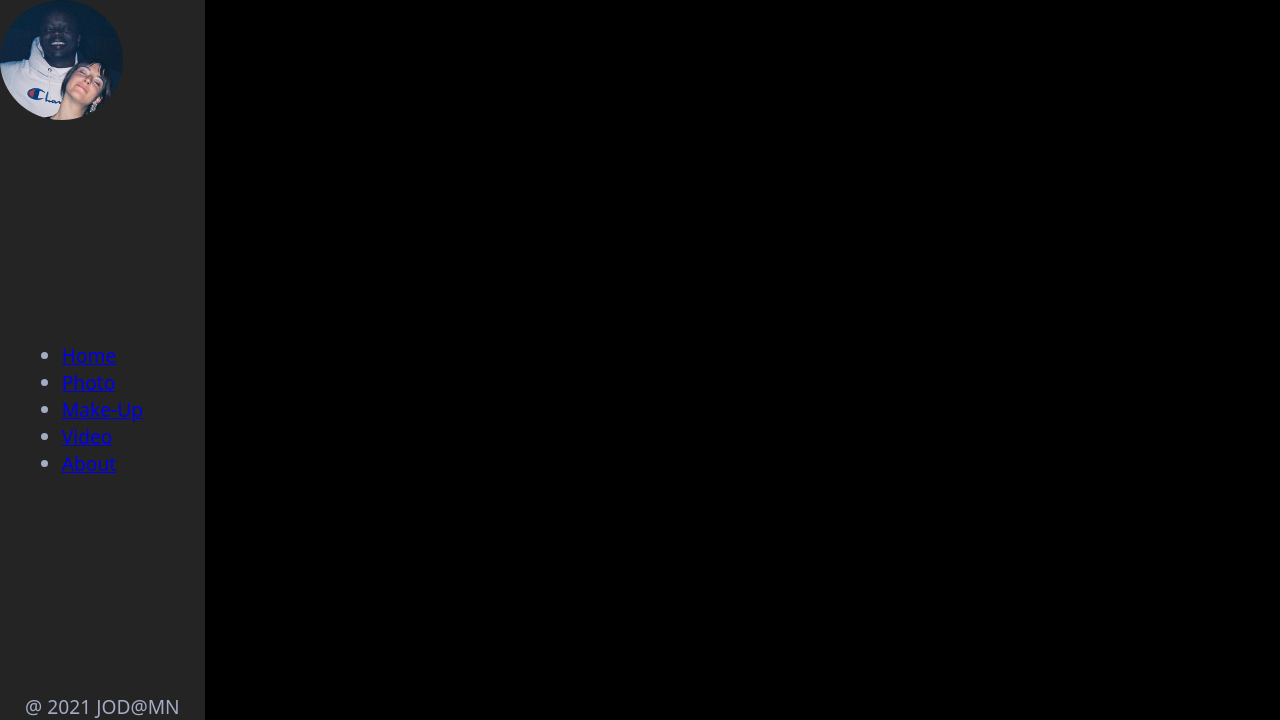
Repository: JordanKnuts/siriusRed
Page: /
An editor plug-in stored every save of this project. The page is shown before and after the next save, followed by the edit.
The browser window is 1280 px wide. The pictures show the whole page.
The project was rebuilt for these pictures with package versions that can differ from the ones it lists, and the page was loaded fresh each time.

Above is the page before, as saved 2021-04-27 14:42:51.

### public/index.html
<!DOCTYPE html>
<html lang="en">

<head>
  <meta charset="utf-8" />
  <link rel="icon" href="%PUBLIC_URL%/favicon.ico" />
  <meta name="viewport" content="width=device-width, initial-scale=1" />
  <meta name="theme-color" content="#000000" />
  <meta name="description" content="Web site created using create-react-app" />
  <link rel="apple-touch-icon" href="%PUBLIC_URL%/logo192.png" />
  <!--
      manifest.json provides metadata used when your web app is installed on a
      user's mobile device or desktop. See https://developers.google.com/web/fundamentals/web-app-manifest/
    -->
  <link rel="manifest" href="%PUBLIC_URL%/manifest.json" />

  <link rel="preconnect" href="https://fonts.gstatic.com">
  <link href="https://fonts.googleapis.com/css2?family=Noto+Sans:ital,wght@0,400;0,700;1,400;1,700&display=swap"
    rel="stylesheet">
  <!--
      Notice the use of %PUBLIC_URL% in the tags above.
      It will be replaced with the URL of the `public` folder during the build.
      Only files inside the `public` folder can be referenced from the HTML.

      Unlike "/favicon.ico" or "favicon.ico", "%PUBLIC_URL%/favicon.ico" will
      work correctly both with client-side routing and a non-root public URL.
      Learn how to configure a no n-root public URL by running `npm run build`.
    -->
  <title>React App</title>
</head>

<body>
  <noscript>You need to enable JavaScript to run this app.</noscript>
  <div id="root"></div>
  <!--
      This HTML file is a template.
      If you open it directly in the browser, you will see an empty page.

      You can add webfonts, meta tags, or analytics to this file.
      The build step will place the bundled scripts into the <body> tag.

      To begin the development, run `npm start` or `yarn start`.
      To create a production bundle, use `npm run build` or `yarn build`.
    -->
</body>

</html>

### src/App.js
import './App.scss';
import './Components/NavBar'
import NavBar from './Components/NavBar';

function App() {
  return (
    <div className="App">
     <div className="sidebar">
        <NavBar/>
     </div>
     <div className="main-content">

     </div>
    </div>
  );
}

export default App;

### src/App.scss
@import './Styles/layout';
@import './Styles/navBar';

*{
    padding: 0;
    margin:0;
    box-sizing: border-box;
}

body{
    color: #a4acc4;
    font-family: 'Noto Sans', sans-serif;
    font-size: 1.2rem;
}

### src/Components/NavBar.js
import React from "react";
import avatar from "../img/avatar.jpg";
import { NavLink } from "react-router-dom";

function NavBar(props) {
  return (
    <div className="NavBar">
      <nav className="nav">
        <div className="profile">
          <img src={avatar} alt="" />
        </div>
        <ul className="nav-items">
          <li className="nav-item">
            <NavLink to="/" exact activeClassName="active">
              Home
            </NavLink>
          </li>
          <li className="nav-item">
            <NavLink to="/" exact activeClassName="active">
              Photo
            </NavLink>
          </li>
          <li className="nav-item">
            <NavLink to="/" exact activeClassName="active">
              Make-Up
            </NavLink>
          </li>
          <li className="nav-item">
            <NavLink to="/" exact activeClassName="active">
              Video
            </NavLink>
          </li>
          <li className="nav-item">
            <NavLink to="/" exact activeClassName="active">
              About
            </NavLink>
          </li>
        </ul>
        <footer>@ 2021 JOD@MN</footer>
      </nav>
    </div>
  );
}

export default NavBar;

### src/Styles/_layout.scss
.App{
    .sidebar{
        width: 16%;
        height: 100vh;
        background-color: rgb(36, 36, 36);
        position:fixed;
    }
    .main-content{
        width: 84%;
        margin-left: 16%;
        background-color: black;
        min-height: 100vh;
    }
}

### src/Styles/_navBar.scss
.NavBar{
    height: 100vh;
    .nav{
        height: 100%;
        display: flex;
        flex-direction: column;
        justify-content: space-between;
        align-items: center;

        .profile{
            width: 100%;
            img{
                width: 60%;
                border-radius: 100%;
            }
        }
    }

}

Loaded but not shown: src/index.js (common file); src/index.css (common file); src/reportWebVitals.js (common file)

After the next save:
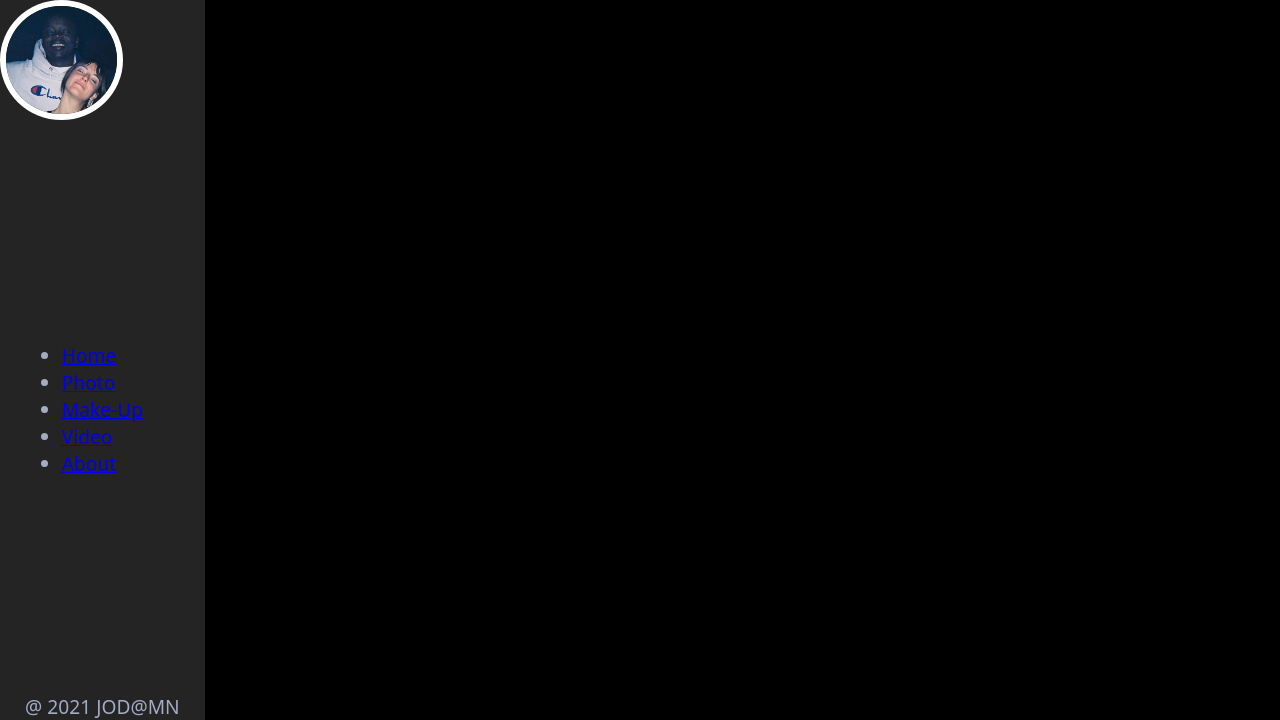
Saved 18 s later.
--- a/src/Styles/_navBar.scss
+++ b/src/Styles/_navBar.scss
@@ -12,6 +12,7 @@
             img{
                 width: 60%;
                 border-radius: 100%;
+                border : 6px solid white
             }
         }
     }
